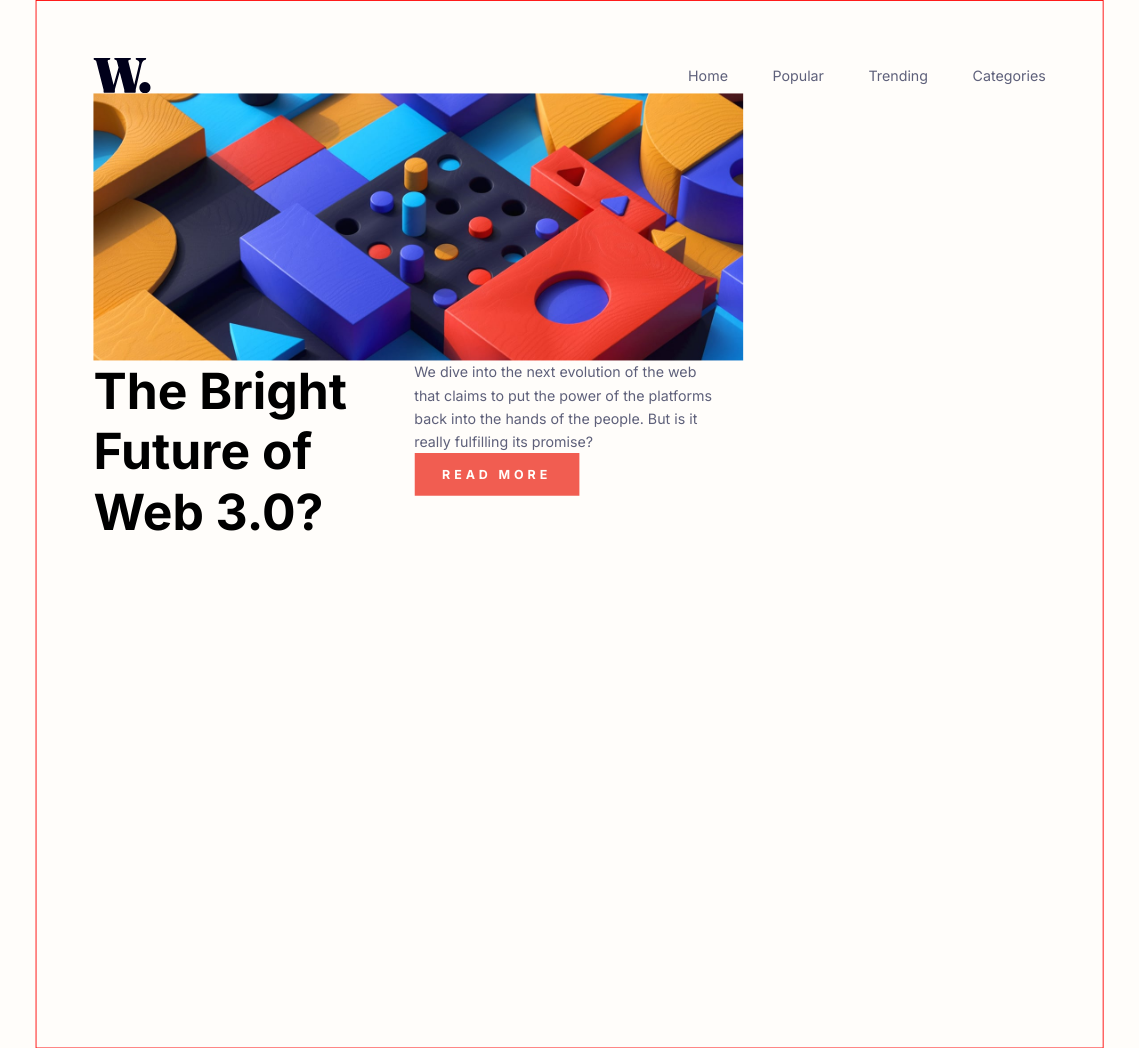
Repository: Arkitecth/news-webpage
Page: index.html
These files come from the project's save history. The page is drawn as it stood at one moment and after the next save; the edit follows.
The browser window is 1280 px wide. The pictures show the whole page, at 89% of full size.

Above is the page before, as saved 2023-06-07 20:45:02.

After the next save:
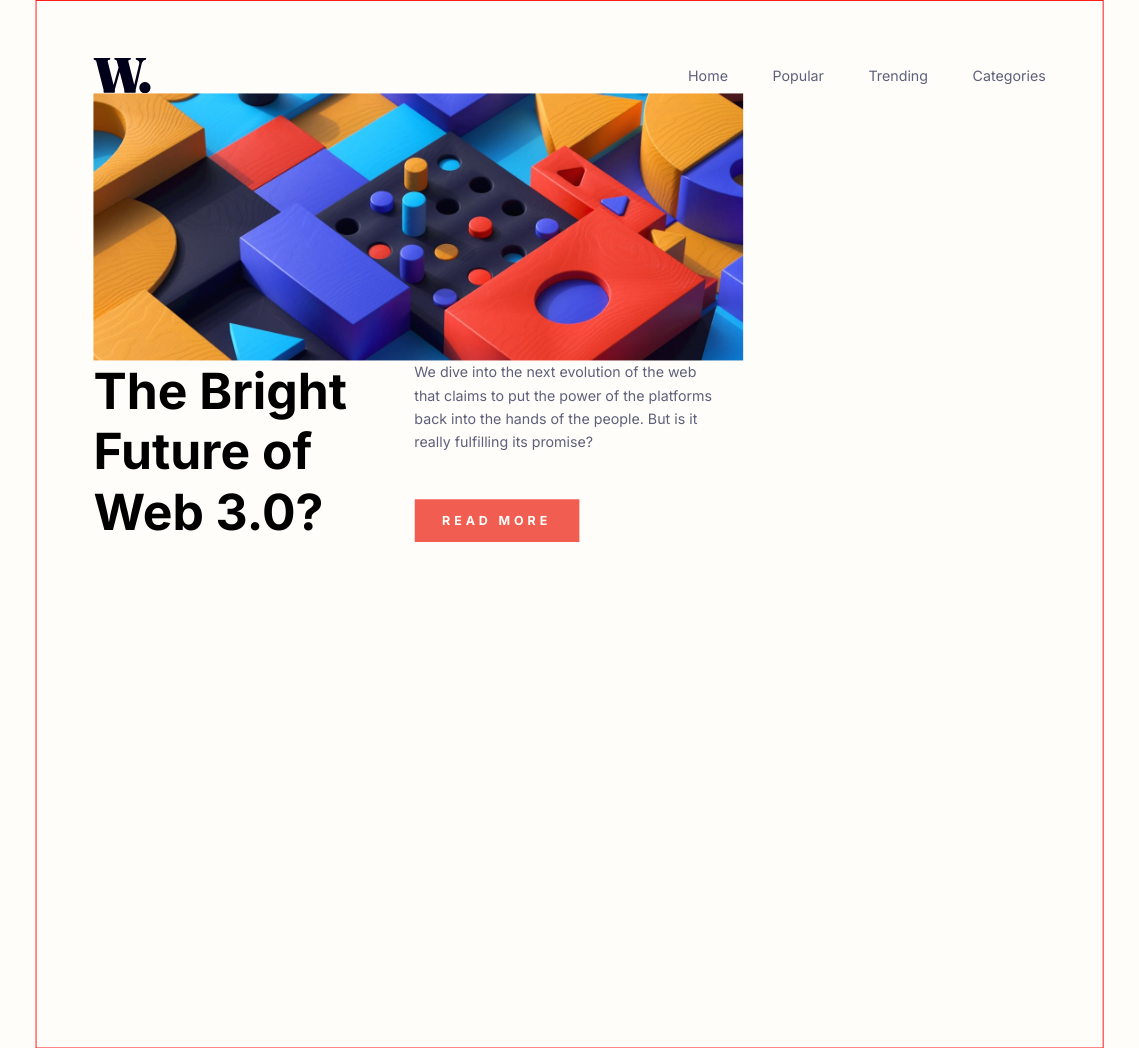
Saved 52 s later.
--- a/style.css
+++ b/style.css
@@ -123,7 +123,7 @@
 }
 
 .showcase-card a {
-    grid-row: 3;
+    grid-row: 4;
 }
 /* .news-card {
     display: grid;

After the save that followed:
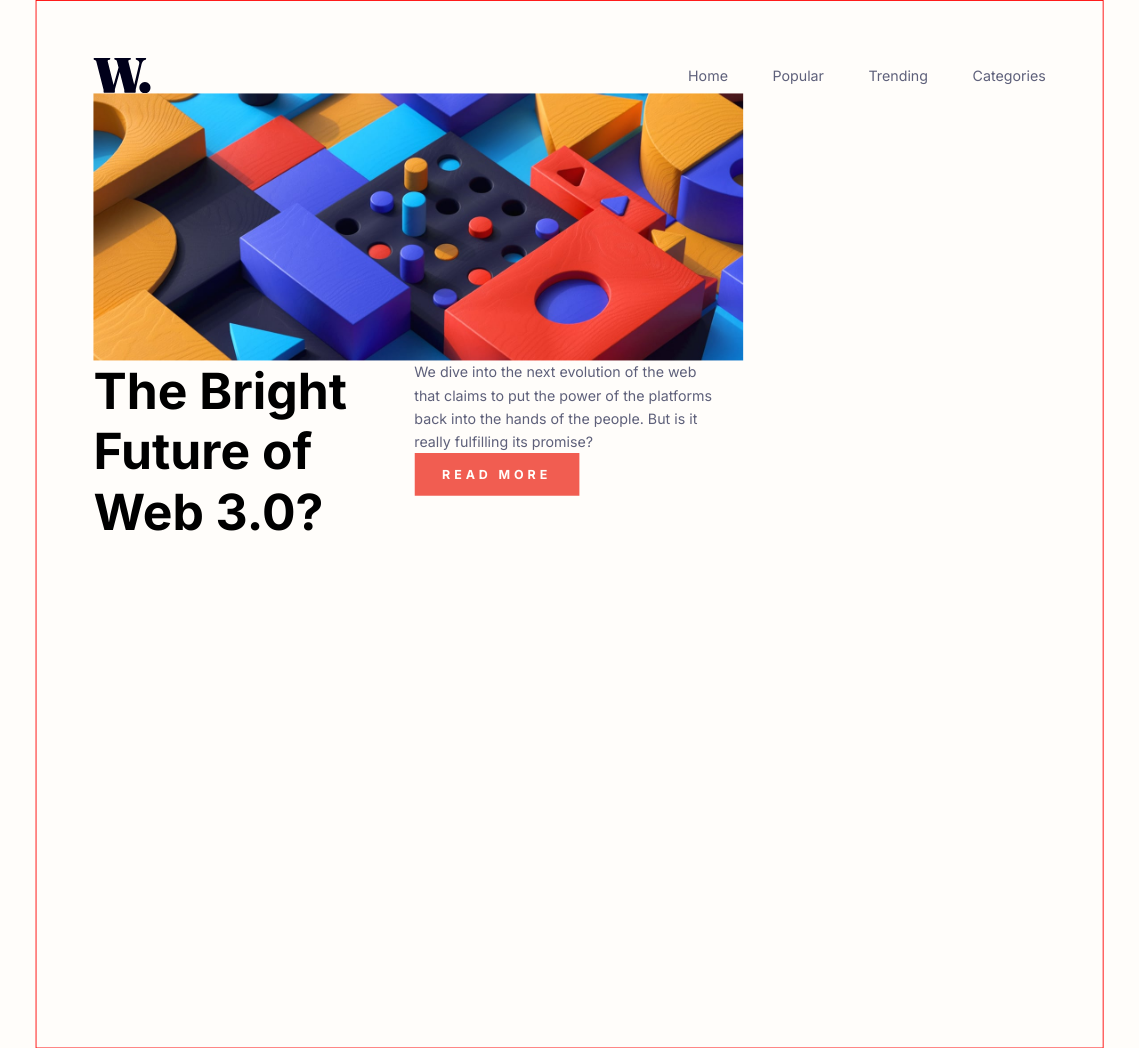
Saved 6 s later.
--- a/style.css
+++ b/style.css
@@ -123,7 +123,7 @@
 }
 
 .showcase-card a {
-    grid-row: 4;
+    grid-row: 3;
 }
 /* .news-card {
     display: grid;
